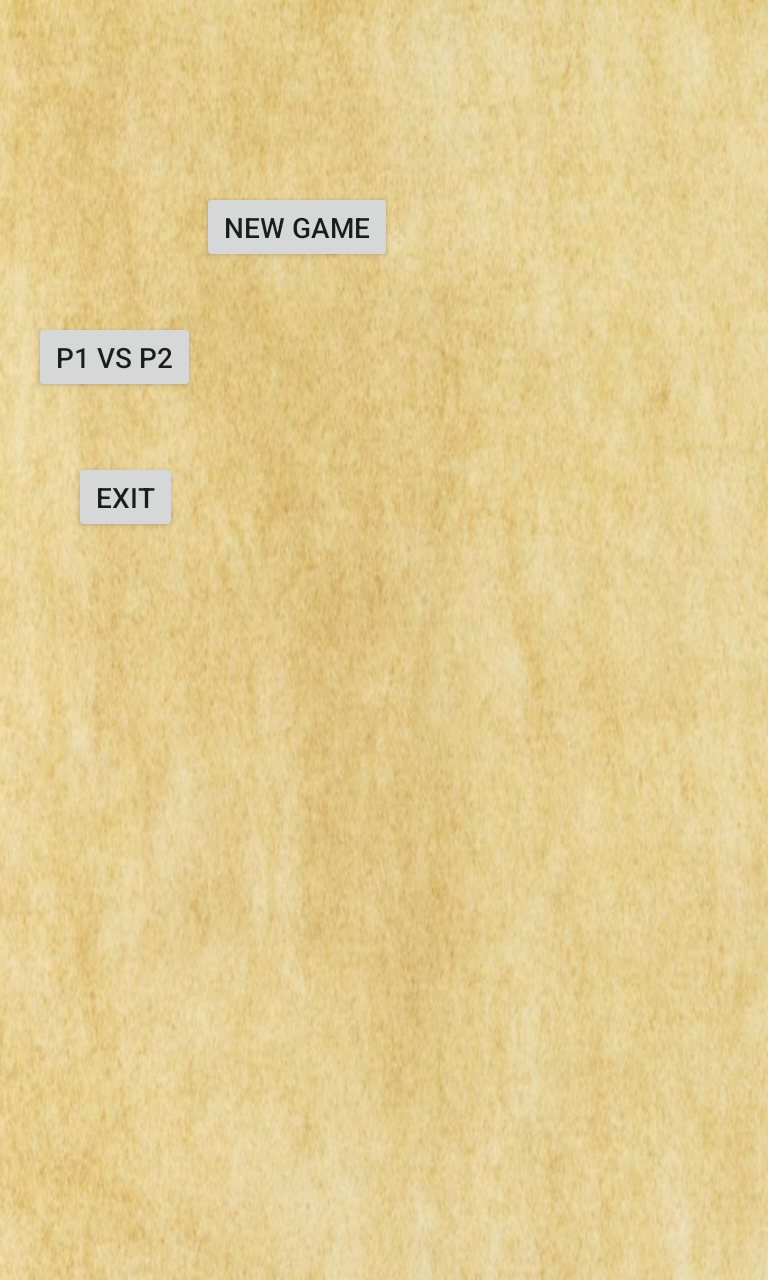
Repository: dtakiy/jogovelha
Layout: games/res/layout/activity_main.xml
An editor plug-in stored every save of this project. The layout is shown before and after the next save, followed by the edit.
It is drawn on a 768 x 1280 px phone screen (xhdpi) without system bars, with theme AppTheme; the app's code is not run.

Above is the layout before, as saved 2014-09-18 01:48:04.

### games/res/layout/activity_main.xml
<RelativeLayout xmlns:android="http://schemas.android.com/apk/res/android"
    xmlns:tools="http://schemas.android.com/tools"
    android:layout_width="fill_parent"
    android:layout_height="fill_parent"
    android:background="@drawable/background"
    android:paddingBottom="@dimen/activity_vertical_margin"
    android:paddingLeft="@dimen/activity_horizontal_margin"
    android:paddingRight="@dimen/activity_horizontal_margin"
    android:paddingTop="@dimen/activity_vertical_margin"
    tools:context="com.example.games.MainActivity" >

	  <Button
	      android:id="@+id/p1"
	      android:layout_width="wrap_content"
	      android:layout_height="wrap_content"
	      android:layout_below="@+id/newgame"
	      android:layout_marginTop="26dp"
	      android:minHeight="20dip"
	      android:minWidth="20dip"
	      android:text="@string/p1" />

	  <Button
	      android:id="@+id/newgame"
	      android:layout_width="wrap_content"
	      android:layout_height="wrap_content"
	      android:layout_alignParentLeft="true"
	      android:layout_alignParentTop="true"
	      android:layout_marginLeft="84dp"
	      android:layout_marginTop="78dp"
	      android:minHeight="20dip"
	      android:minWidth="20dip"
	      android:text="@string/newgame" />

	  <Button
	      android:id="@+id/sair"
	      android:layout_width="wrap_content"
	      android:layout_height="wrap_content"
	      android:layout_below="@+id/p1"
	      android:layout_marginLeft="20dp"
	      android:layout_marginTop="31dp"
	      android:minHeight="20dip"
	      android:minWidth="20dip"
	      android:text="@string/sair" />

</RelativeLayout>

### games/res/values/strings.xml
<?xml version="1.0" encoding="utf-8"?>
<resources>

    <string name="app_name">Tic Tac Game</string>
    <string name="hello_world">Welcome to Tic Tac Game</string>
    <string name="action_settings">Settings</string>
    <string name="sair">Exit</string>
    <string name="newgame">New Game</string>
    <string name="p1">P1 Vs P2</string>

</resources>

Loaded but not shown: games/res/values/styles.xml (common file); games/res/values-v11/styles.xml (common file); games/res/values-v14/styles.xml (common file); games/res/values/dimens.xml (common file); games/res/values-w820dp/dimens.xml (common file)

After the next save:
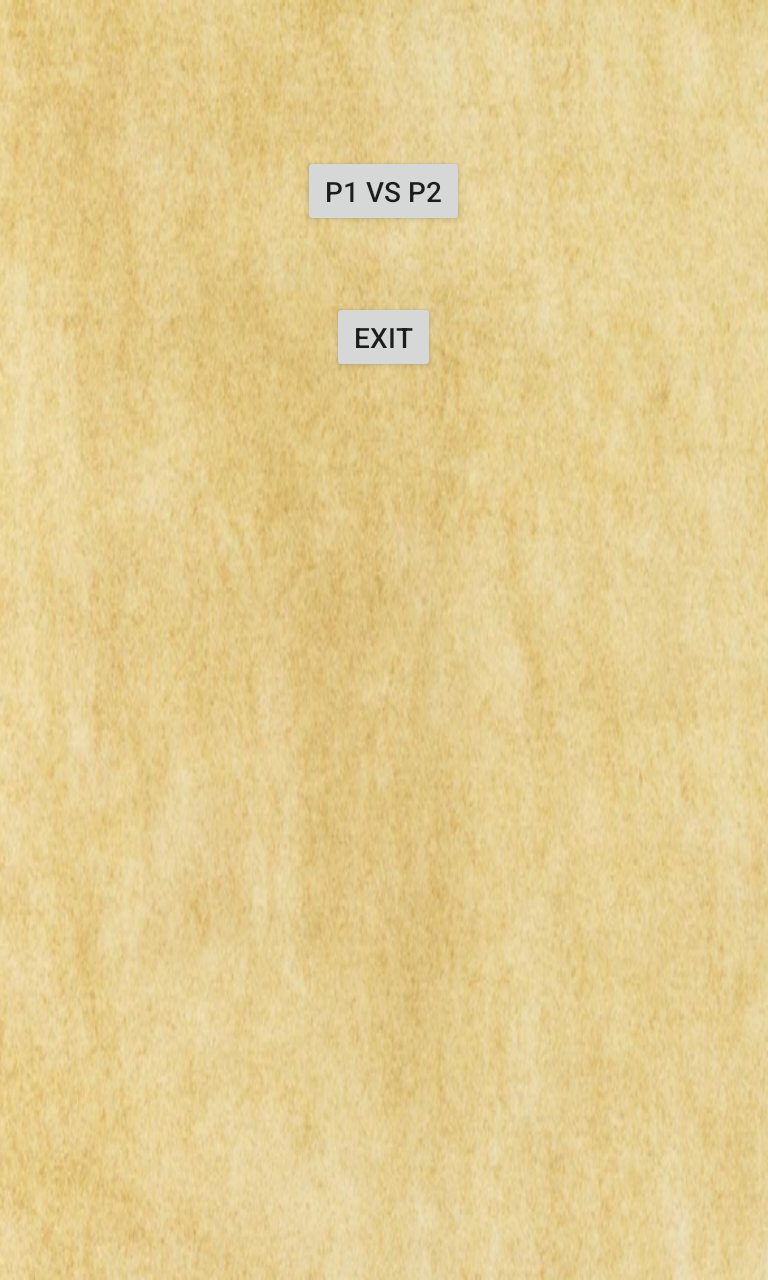
Saved 15 s later.
--- a/games/res/layout/activity_main.xml
+++ b/games/res/layout/activity_main.xml
@@ -13,31 +13,20 @@
 	      android:id="@+id/p1"
 	      android:layout_width="wrap_content"
 	      android:layout_height="wrap_content"
-	      android:layout_below="@+id/newgame"
-	      android:layout_marginTop="26dp"
+	      android:layout_alignParentTop="true"
+	      android:layout_centerHorizontal="true"
+	      android:layout_marginTop="60dp"
 	      android:minHeight="20dip"
 	      android:minWidth="20dip"
 	      android:text="@string/p1" />
-
-	  <Button
-	      android:id="@+id/newgame"
-	      android:layout_width="wrap_content"
-	      android:layout_height="wrap_content"
-	      android:layout_alignParentLeft="true"
-	      android:layout_alignParentTop="true"
-	      android:layout_marginLeft="84dp"
-	      android:layout_marginTop="78dp"
-	      android:minHeight="20dip"
-	      android:minWidth="20dip"
-	      android:text="@string/newgame" />
 
 	  <Button
 	      android:id="@+id/sair"
 	      android:layout_width="wrap_content"
 	      android:layout_height="wrap_content"
 	      android:layout_below="@+id/p1"
-	      android:layout_marginLeft="20dp"
-	      android:layout_marginTop="31dp"
+	      android:layout_centerHorizontal="true"
+	      android:layout_marginTop="34dp"
 	      android:minHeight="20dip"
 	      android:minWidth="20dip"
 	      android:text="@string/sair" />
